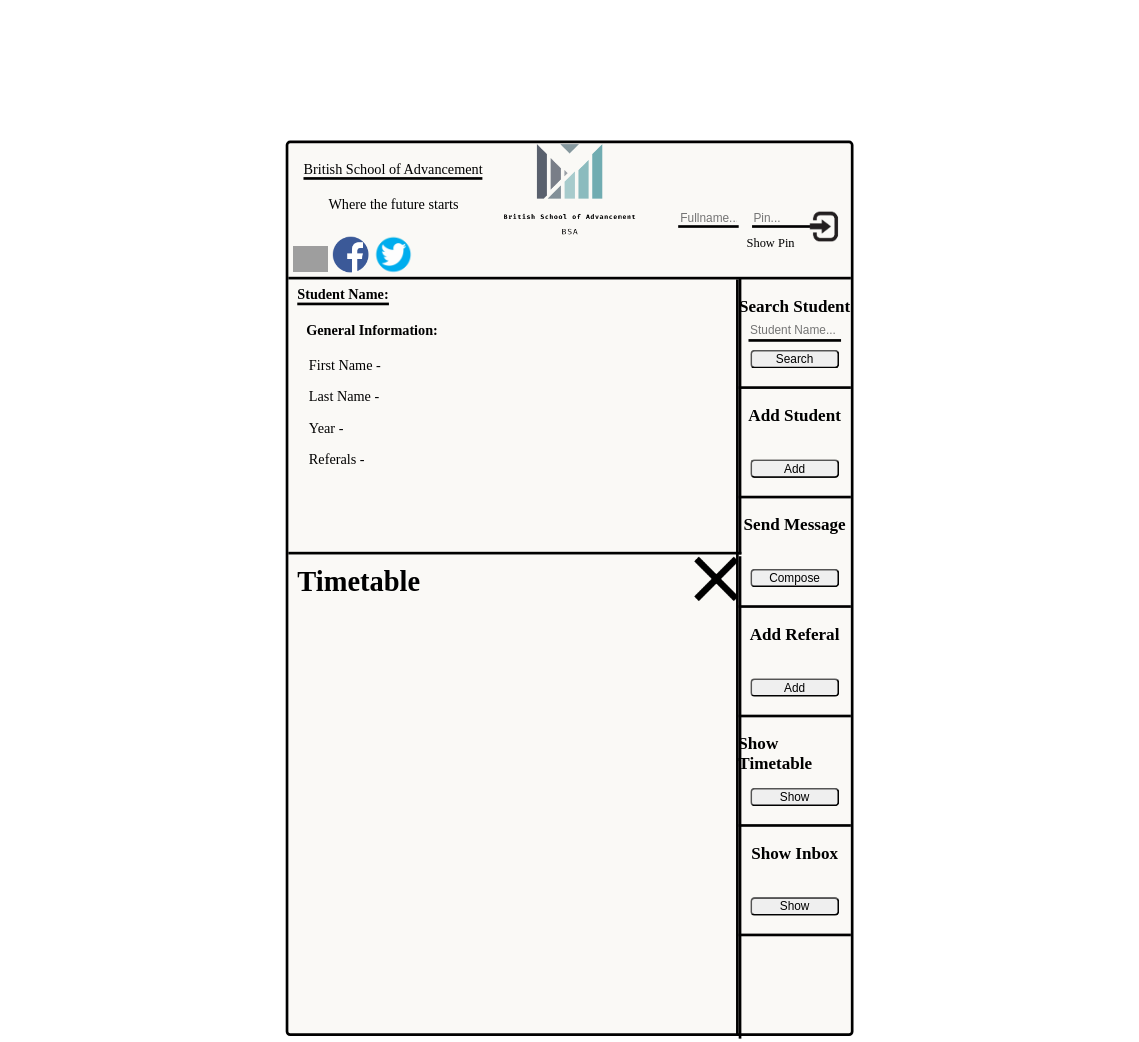
Repository: ghend99/School-app
Page: index.html
An editor plug-in stored every save of this project. The page is shown before and after the next save, followed by the edit.
The browser window is 1280 px wide. The pictures show the whole page, at 89% of full size.
Pictures or frames that could not be fetched are drawn as grey boxes.

Above is the page before, as saved 2023-03-27 11:05:45.

### index.html
<!DOCTYPE html>
<html lang="en">
  <head>
    <meta charset="UTF-8" />
    <meta http-equiv="X-UA-Compatible" content="IE=edge" />
    <meta name="viewport" content="width=device-width, initial-scale=1.0" />
    <title>Document</title>
    <link rel="stylesheet" href="style.css" />
  </head>
  <body>
    <div id="main-container">
      <!-- Header -->
      <div id="header-container">
        <p class="header-school-name">British School of Advancement</p>
        <p class="header-school-slogan">Where the future starts</p>
        <img
          id="header-socials"
          class="header-linkedin"
          src="images/LinkedIn.png"
        />
        <img
          id="header-socials"
          class="header-facebook"
          src="images/Facebook.png"
        />
        <img
          id="header-socials"
          class="header-twitter"
          src="images/Twitter.png"
        />
        <img class="header-logo" src="images/logo.png" />
        <input
          id="header-login"
          class="header-login-fullname"
          type="text"
          placeholder="Fullname..."
        />
        <input
          id="header-login"
          class="header-login-pin"
          type="password"
          placeholder="Pin..."
        />
        <p class="header-show-pin">Show Pin</p>
        <img class="header-login-button" src="images/login-button.png" />
        <img class="header-login-icon" src="images/login.png" />
      </div>

      <!-- Sidebar -->
      <div id="sidebar-container">
        <div id="sidebar-link">
          <p class="sidebar-link-header">Search Student</p>
          <input class="sidebar-link-search" placeholder="Student Name..." />
          <button id="sidebar-link-button" class="search-student-button">
            Search
          </button>
        </div>
        <div id="sidebar-link">
          <p class="sidebar-link-header">Add Student</p>
          <button id="sidebar-link-button" class="create-account-button">
            Add
          </button>
        </div>
        <div id="sidebar-link">
          <p class="sidebar-link-header">Send Message</p>
          <button id="sidebar-link-button" class="compose-message-button">
            Compose
          </button>
        </div>
        <div id="sidebar-link">
          <p class="sidebar-link-header">Add Referal</p>
          <button id="sidebar-link-button">Add</button>
        </div>
        <div id="sidebar-link">
          <p class="sidebar-link-header">Show Timetable</p>
          <button id="sidebar-link-button" class="show-timetable">Show</button>
        </div>
        <div id="sidebar-link">
          <p class="sidebar-link-header">Show Inbox</p>
          <button id="sidebar-link-button" class="show-inbox">Show</button>
        </div>
      </div>

      <!-- Student Information Container -->
      <div id="student-information-container">
        <h1 class="student-information-header">Student Name:</h1>
        <h3 class="student-information-general-header">General Information:</h3>
        <p id="student-information" class="student-information-firstname">
          First Name -
        </p>
        <p id="student-information" class="student-information-lastname">
          Last Name -
        </p>
        <p id="student-information" class="student-information-year">Year -</p>
        <p id="student-information" class="student-information-referals">
          Referals -
        </p>
      </div>

      <!-- Student Management Container -->
      <div id="student-management-container">
        <h1 class="student-management-heading">Timetable</h1>
        <img class="student-management-close" src="images/Close.png" />
        <div id="timetable-container"></div>
        <div id="inbox-container">
          <div id="inbox-header">
            <p>Date</p>
            <p>Sender</p>
            <p>Reciever</p>
            <p>Message</p>
          </div>
          <div id="inbox-line">
            <p></p>
            <p></p>
            <p></p>
            <p></p>
          </div>
        </div>
      </div>
    </div>

    <!-- Login Container -->
    <div id="login-container">
      <img class="login-logo" src="images/logo.png" />
      <img class="login-close" src="images/Close.png" />
      <h3 class="login-header">Login</h3>
      <input
        id="login-input"
        class="login-input-fullname"
        type="text"
        placeholder="First Name..."
      />
      <input
        id="login-input"
        class="login-input-pin"
        type="number"
        placeholder="Pin..."
      />
      <p class="login-pin-show">Show</p>
      <button class="login-button-submit">Log In</button>
    </div>

    <div id="create-account-container">
      <img class="create-account-close" src="images/Close.png" />
      <p class="create-account-header">Create Account</p>
      <input
        id="create-account-input"
        class="create-account-fullname"
        type="text"
        placeholder="Fullname..."
      />
      <p id="create-account-error" class="create-account-fullname-error"></p>

      <input
        id="create-account-input"
        class="create-account-lastname"
        type="text"
        placeholder="Lastname..."
      />
      <p id="create-account-error" class="create-account-lastname-error"></p>
      <input
        id="create-account-input"
        class="create-account-year"
        type="number"
        placeholder="Year..."
      />
      <p id="create-account-error" class="create-account-year-error"></p>
      <input
        id="create-account-input"
        class="create-account-pin"
        type="number"
        placeholder="Pin..."
      />
      <p id="create-account-error" class="create-account-pin-error"></p>
      <input
        id="create-account-input"
        class="create-account-repin"
        type="number"
        placeholder="Pin..."
      />
      <p id="create-account-error" class="create-account-repin-error"></p>
      <button class="create-account-submit">Create</button>
    </div>

    <!-- Compose Message Container -->
    <div id="compose-message-container">
      <p class="compose-message-header">Compose Message</p>
      <img class="compose-message-close" src="images/Close.png" />
      <input
        id="compose-message-input"
        class="compose-message-reciever"
        type="text"
        placeholder="To..."
      />
      <input
        id="compose-message-input"
        class="compose-message-subject"
        type="text"
        placeholder="Subject..."
      />
      <textarea
        rows="15"
        cols="48"
        class="compose-message-textarea"
        placeholder="Message..."
      ></textarea>
      <button class="compose-message-send">Send</button>
    </div>

    <script src="./js/elements.js"></script>
    <script src="./js/buttons.js"></script>
    <script src="./js/message.js"></script>
    <script src="./js/timetable.js"></script>
    <script src="./js/resetfunctions.js"></script>
    <script src="./js/functions.js"></script>
  </body>
</html>

### style.css
#main-container {
  position: relative;
  max-width: 50%;
  min-width: 400px;
  height: 70vh;
  min-height: 1000px;
  top: 150px;
  margin-left: auto;
  margin-right: auto;
  background-color: #faf9f6;
  border: solid;
  border-radius: 5px;
}

#header-container {
  position: relative;
  width: 100%;
  max-height: 15%;
  min-height: 150px;
  /* background-color: lightgray; */
  border-bottom: solid;
}

.header-school-name {
  position: absolute;
  top: 20px;
  left: 17px;
  font-size: clamp(1rem, 1vw, 2rem);
  border-bottom: solid;
  margin: 0;
}

.header-school-slogan {
  position: absolute;
  top: clamp(5%, 60px, 80px);

  left: clamp(45px, 5%, 70px);
  font-size: clamp(0.9rem, 1.5vw, 1rem);
  margin: 0;
}

#header-socials {
  position: absolute;
  width: 40px;
  bottom: 5px;
}

.header-linkedin {
  left: 5px;
}

.header-facebook {
  left: clamp(50px, 7%, 60px);
}

.header-twitter {
  left: clamp(98px, 9%, 110px);
}

.header-logo {
  margin-left: auto;
  margin-right: auto;
  display: block;
  width: 150px;
  height: 100%;
}

#header-login {
  position: absolute;
  max-width: 10%;
  min-width: 5%;
  top: 50%;
  margin: 0;
  background-color: transparent;
  text-decoration: none;
  border: none;
  border-bottom: solid;
  outline: none;
}

.header-login-fullname {
  right: 20%;
}

.header-login-pin {
  right: 7%;
}

.header-show-pin {
  position: absolute;
  right: 10%;
  bottom: 10%;
  font-size: 14px;
}

.header-login-button {
  position: absolute;
  right: 5px;
  width: 50px;
  top: 45%;
}

.header-login-icon {
  display: none;
}
#sidebar-container {
  position: absolute;
  max-width: 30%;
  min-width: 20%;
  height: 85%;
  right: 0;
  flex-direction: column;
  /* background-color: lightcoral; */
  border-left: solid;
}

#sidebar-link {
  position: relative;
  display: flex;
  width: 100%;
  height: 120px;
  /* background-color: brown; */
  justify-content: center;
  border-bottom: solid;
}

.sidebar-link-header {
  position: absolute;
  font-size: clamp(0.9rem, 1.5vw, 1.2rem);
  font-weight: bold;
}

.sidebar-link-search {
  position: absolute;
  max-width: 75%;
  min-width: 100px;
  height: 20px;
  bottom: 50px;
  background-color: transparent;
  text-decoration: none;
  border: none;
  border-bottom: solid;
  outline: none;
}

#sidebar-link-button {
  position: absolute;
  max-width: 75%;
  min-width: 100px;
  bottom: 20px;
  border-radius: 5px;
}

#student-information-container {
  position: relative;
  max-width: 80%;
  min-width: 50%;
  height: 30.8%;
  top: -2px;
  /* background-color: lightgreen; */
  border-bottom: solid;
  border-right: solid;
}

.student-information-header {
  position: absolute;
  margin: 0;
  top: 10px;
  left: 10px;
  font-size: clamp(1rem, 1vw, 2rem);
  border-bottom: solid;
}

.student-information-general-header {
  position: absolute;
  top: 50px;
  left: 20px;
  font-size: clamp(1rem, 0.8vw, 2.5rem);
  margin: 0;
}

#student-information {
  position: absolute;
  margin: 0;
  font-size: clamp(1rem, 0.4vw, 1.3rem);
}

.student-information-firstname {
  top: 90px;
  left: 23px;
}

.student-information-lastname {
  top: 125px;
  left: 23px;
}

.student-information-year {
  top: 160px;
  left: 23px;
}

.student-information-referals {
  top: 195px;
  left: 23px;
}

#student-management-container {
  position: relative;
  max-width: 80%;
  min-width: 50%;
  height: 54.2%;
  bottom: 0;
  /* background-color: lightgoldenrodyellow; */
  border-right: solid;
}

.student-management-heading {
  position: absolute;
  margin: 0;
  left: 10px;
  top: 10px;
}

#timetable-container {
  position: relative;
  display: grid;
  grid-gap: 1em;
  grid-template-rows: repeat(var(--grid-rows), 1fr);
  grid-template-columns: repeat(var(--grid-cols), 1fr);
  top: 50px;
  overflow: scroll;
  height: 90%;
  opacity: 0;
  z-index: 0;
  background-color: aqua;
}

.student-management-close {
  position: absolute;
  right: 0;
  width: 50px;
}

:root {
  --grid-cols: 1;
  --grid-rows: 1;
}

.grid-item {
  padding: 1em;
  border: 1px solid #ddd;
  text-align: center;
}

#inbox-container {
  position: relative;
  height: 90.7%;
  width: 99%;
  top: -80%;
  opacity: 0;
  z-index: 1;
  /* background-color: blueviolet; */
}

#inbox-header {
  position: relative;
  display: grid;
  grid-template-columns: 1fr 1fr 1fr 1fr;
  grid-template-rows: 1fr;
  width: 100%;
  height: 50px;
  /* background-color: aqua; */
  overflow-y: auto;
}

#inbox-line {
  position: relative;
  display: grid;
  grid-template-columns: 1fr 1fr 1fr 1fr;
  grid-template-rows: 1fr;
  row-gap: 20px;
  width: 100%;
  height: 50px;
  /* background-color: darkorange; */
  overflow-y: auto;
}

#login-container {
  position: absolute;
  display: flex;
  top: 50%;
  left: 50%;
  transform: translate(-50%, -50%);
  max-width: 70%;
  min-width: 350px;
  height: 32vh;
  opacity: 0;
  z-index: 0;
  border-radius: 5px;
  background-color: aliceblue;
  text-align: center;
  justify-content: center;
}

.login-logo {
  position: absolute;
  top: 10px;
  left: 5px;
  width: 100px;
}

.login-close {
  position: absolute;
  top: 10px;
  right: 5px;
  width: 50px;
}

.login-header {
  position: relative;
  top: 10%;
  font-size: 32px;
}

#login-input {
  position: absolute;
  margin: 0;
  background-color: transparent;
  text-decoration: none;
  border: none;
  border-bottom: solid;
  outline: none;
}

.login-input-fullname {
  left: 20px;
  top: 40%;
}

.login-input-pin {
  left: 20px;
  top: 52%;
}

.login-pin-show {
  position: absolute;
  bottom: 35%;
  left: 40px;
  font-size: 12px;
  cursor: pointer;
}

.login-button-submit {
  position: absolute;
  bottom: 25%;
  width: 50%;
  border-radius: 5px;
}

#create-account-container {
  position: absolute;
  top: 50%;
  left: 50%;
  transform: translate(-50%, -50%);
  max-width: 70%;
  min-width: 350px;
  height: 36vh;
  border-radius: 5px;
  opacity: 0;
  z-index: 0;
  text-align: center;
  justify-content: center;
  background-color: aliceblue;
}

/* .create-account-logo {
  position: absolute;
  left: 0;
  top: 5px;
  display: block;
  width: 150px;
  height: 20%;
} */

.create-account-header {
  top: 10%;
  font-size: 32px;
  font-weight: bold;
}

.create-account-close {
  position: absolute;
  top: 30px;
  right: 5px;
  width: 40px;
}

#create-account-input {
  position: absolute;
  margin: 0;
  left: 10px;
  background-color: transparent;
  text-decoration: none;
  border: none;
  border-bottom: solid;
  outline: none;
}

#create-account-error {
  position: absolute;
  color: red;
  font-size: 16px;
}

.create-account-fullname {
  top: 18%;
}

.create-account-fullname-error {
  top: 19%;
}

.create-account-lastname {
  top: 32%;
}

.create-account-lastname-error {
  top: 34%;
}

.create-account-year {
  top: 46%;
}

.create-account-year-error {
  top: 48%;
}

.create-account-pin {
  top: 60%;
}

.create-account-pin-error {
  top: 62%;
}

.create-account-repin {
  top: 74%;
}

.create-account-repin-error {
  top: 76%;
}

.create-account-submit {
  position: absolute;
  bottom: 6%;
  width: 50%;
  height: 35px;
  border-radius: 5px;
  left: 23%;
  background-color: black;
  color: white;
}

#compose-message-container {
  position: absolute;
  top: 50%;
  left: 50%;
  transform: translate(-50%, -50%);
  max-width: 70%;
  min-width: 380px;
  height: 45vh;
  border-radius: 5px;
  background-color: cyan;
  opacity: 0;
  z-index: 0;
  text-align: center;
}

#compose-message-input {
  background-color: transparent;
  text-decoration: none;
  border: none;
  border-bottom: solid;
  outline: none;
}

.compose-message-header {
  top: 10%;
  font-size: 32px;
  font-weight: bold;
}

.compose-message-close {
  position: absolute;
  top: 30px;
  right: 5px;
  width: 40px;
}

.compose-message-reciever {
  position: absolute;
  left: 6%;
  top: 20%;
}

.compose-message-subject {
  position: absolute;
  left: 6%;
  top: 30%;
}

.compose-message-textarea {
  position: absolute;
  top: 38%;
  left: 1.5%;
}

.compose-message-send {
  position: absolute;
  bottom: 6%;
  width: 50%;
  height: 35px;
  border-radius: 5px;
  left: 23%;
  background-color: black;
  color: white;
}

@media screen and (min-width: 0) and (max-width: 1200px) {
  .header-school-slogan {
    top: 50px;
  }

  .header-logo {
    display: none;
  }

  #header-login {
    display: none;
  }

  .header-show-pin {
    display: none;
  }

  .header-login-button {
    display: none;
  }

  .header-login-icon {
    position: absolute;
    display: flex;
    right: 5px;
    width: 50px;
    top: 45%;
  }

  #sidebar-container {
    display: none;
  }
}

### js/buttons.js
headerLogin.addEventListener("click", function (e) {
  e.preventDefault();
  console.log(`CLICK`);
  login();
});

headerShowPin.addEventListener("click", function (e) {
  e.preventDefault();
  showPin();
});

sidebarSearchStudentButton.addEventListener("click", function (e) {
  e.preventDefault();
  searchStudent();
});

createAccountModalClose.addEventListener("click", function (e) {
  e.preventDefault();
  createAccountClose();
});

createAccountSubmit.addEventListener("click", function (e) {
  e.preventDefault();
  console.log(`CLICK`);
  createStudent();
  createAccountModalSubmit();
});

sidebarCreateAccountButton.addEventListener("click", function (e) {
  e.preventDefault();
  createAccountOpen();
});

sidebarComposeMessageButton.addEventListener("click", function (e) {
  e.preventDefault();
  composeMessageOpen();
});

composeMessageModalClose.addEventListener("click", function (e) {
  e.preventDefault();
  composeMessageClose();
});

sidebarShowTimetable.addEventListener("click", function (e) {
  e.preventDefault();
  inboxClose();
  timetableOpen();
});

sidebarShowInbox.addEventListener("click", function (e) {
  e.preventDefault();
  timetableClose();
  inboxOpen();
});

studentManagementClose.addEventListener("click", function (e) {
  e.preventDefault();
  timetableClose();
  inboxClose();
  studentManagementClose.style.opacity = "0";
});

### js/message.js
let date = new Date(Date.now()).toLocaleString();
let objReciever;
let objSender;
let currentAccount;

const sendMessage = function () {
  let studentsAccessed = JSON.parse(localStorage.getItem(`students`));
  message = composeMessageText.value;
  const messageReciever = composeMessageReciever.value;
  const reciever = studentsAccessed.filter(
    (stu) => stu.fullName === `${messageReciever}`
  );
  console.log(messageReciever);
  console.log(studentsAccessed);
  console.log(reciever);
  if (reciever.length === 0) {
    alert(`Not a valid user`);
  } else {
    objReciever = { ...reciever[0] };
    objSender = { ...currentAccount[0] };
    objReciever.inbox.push(message);
    objSender.sent.push(message);
    composeMessageReciever.value = "";
    composeMessageText.value = "";
    composeMessageSubject.value = "";
  }
};

const updateInbox = function () {
  const html = ` <div id="inbox-line">
  <p>${date}</p>
  <p>${objSender.fullName}</p>
  <p>${objReciever.fullName}</p>
  <p>${message}</p>
</div>
  `;
  inboxLine.insertAdjacentHTML("beforebegin", html);
};

composeMessageSubmitButton.addEventListener("click", function (e) {
  e.preventDefault();
  sendMessage();
  updateInbox();
  timetableClose();
  inboxOpen();
  // composeMessageModalClose();
  mainContainer.style.filter = "blur(0px)";
});

### js/timetable.js
const timetable = document.getElementById("timetable-container");

function makeRows(rows, cols) {
  timetable.style.setProperty("--grid-rows", rows);
  timetable.style.setProperty("--grid-cols", cols);
  for (c = 0; c < rows * cols; c++) {
    let cell = document.createElement("div");
    cell.innerText = c + 1;
    timetable.appendChild(cell).className = "grid-item";
  }
}

makeRows(6, 6);

### js/resetfunctions.js
const createAccountOpen = function () {
  createAccountContainer.style.opacity = "1";
  createAccountContainer.style.zIndex = "1";
  mainContainer.style.filter = "blur(3px)";
};

const createAccountClose = function () {
  createAccountContainer.style.opacity = "0";
  createAccountContainer.style.zIndex = "0";
  mainContainer.style.filter = "blur(0px)";
};

const createAccountModalSubmit = function () {
  createAccountClose();
  createAccountFirstnameInput.value = "";
  createAccountLastnameInput.value = "";
  createAccountYearInput.value = "";
  createAccountPinInput.value = "";
  createAccountRepinInput.value = "";
};

const composeMessageOpen = function () {
  composeMessageContainer.style.opacity = "1";
  composeMessageContainer.style.zIndex = "1";
  mainContainer.style.filter = "blur(3px)";
};

const composeMessageClose = function () {
  composeMessageContainer.style.opacity = "0";
  composeMessageContainer.style.zIndex = "0";
  mainContainer.style.filter = "blur(0px)";
};

const timetableOpen = function () {
  timetableContainer.style.opacity = "1";
  timetableContainer.style.zIndex = "1";
  studentManagmentHeader.textContent = "Timetable";
  studentManagementClose.style.opacity = "1";
};

const timetableClose = function () {
  timetableContainer.style.opacity = "0";
  timetableContainer.style.zIndex = "0";
  studentManagmentHeader.textContent = "";
  studentManagementClose.style.opacity = "0";
};

const inboxOpen = function () {
  inboxContainer.style.opacity = "1";
  inboxContainer.style.zIndex = "1";
  studentManagmentHeader.textContent = "Inbox";
  studentManagementClose.style.opacity = "1";
};

const inboxClose = function () {
  inboxContainer.style.opacity = "0";
  inboxContainer.style.zIndex = "0";
  studentManagmentHeader.textContent = "";
  studentManagementClose.style.opacity = "0";
};

Loaded but not shown: js/functions.js (122 lines, source omitted); js/elements.js (95 lines, source omitted)

After the next save:
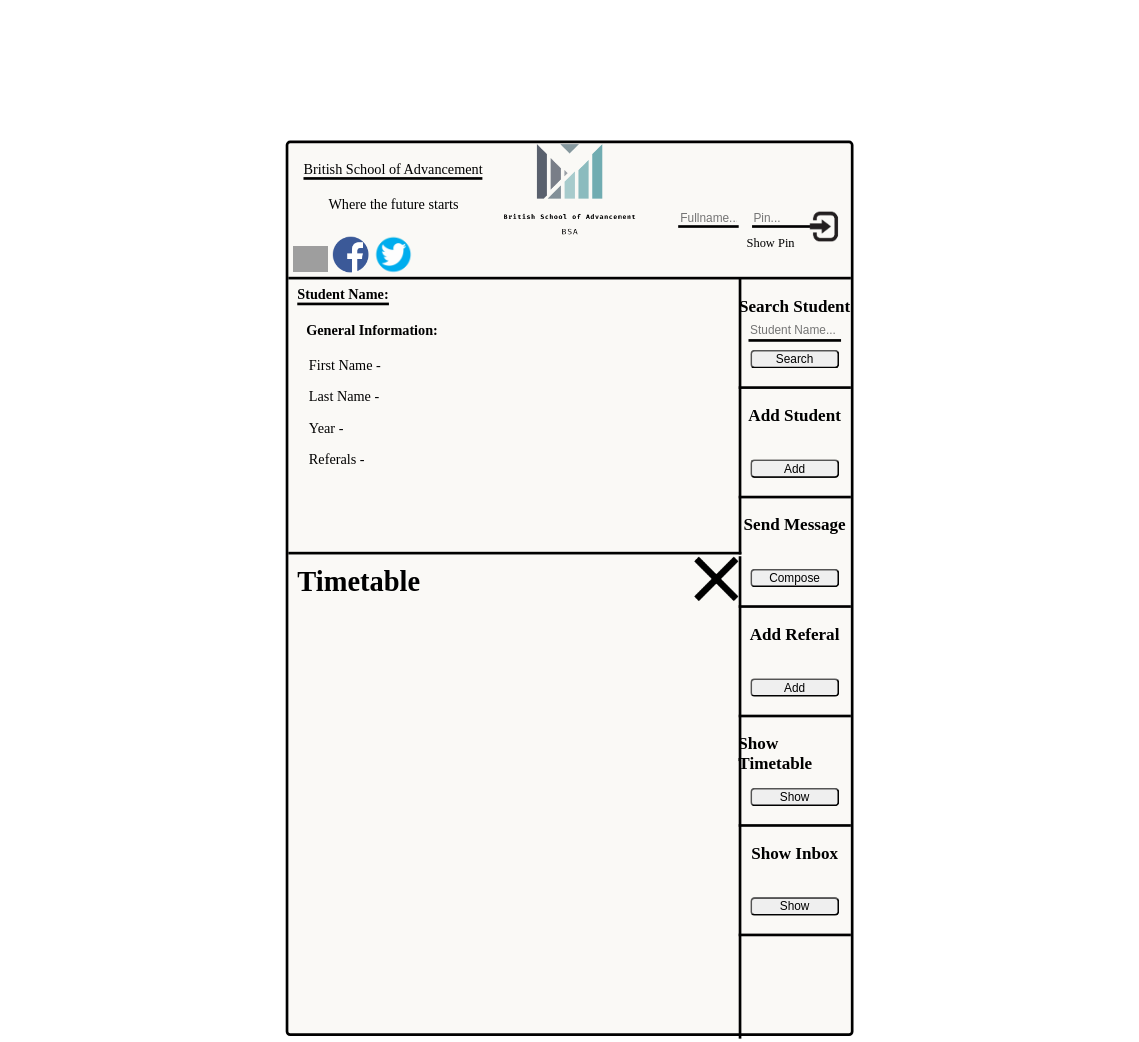
Saved 5 s later.
--- a/style.css
+++ b/style.css
@@ -111,7 +111,7 @@
   right: 0;
   flex-direction: column;
   /* background-color: lightcoral; */
-  border-left: solid;
+  /* border-left: solid; */
 }
 
 #sidebar-link {
